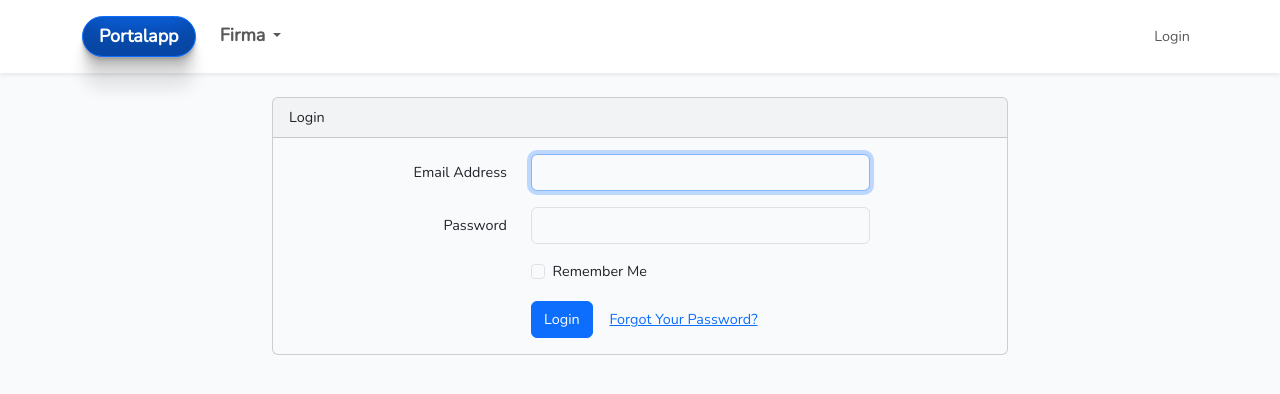
Repository: oguzhansade/portalapp
Page: http://localhost/login
An editor plug-in stored every save of this project. The page is shown before and after the next save, followed by the edit.
The browser window is 1280 px wide. The pictures show the whole page.
The page is served by the project's Laravel application, run on PHP 8.4 with Laravel 9. Style sheets and scripts are compiled from the project's sources, by tool versions that may differ from the author's.

Above is the page before, as saved 2023-06-29 11:43:56.

After the next save:
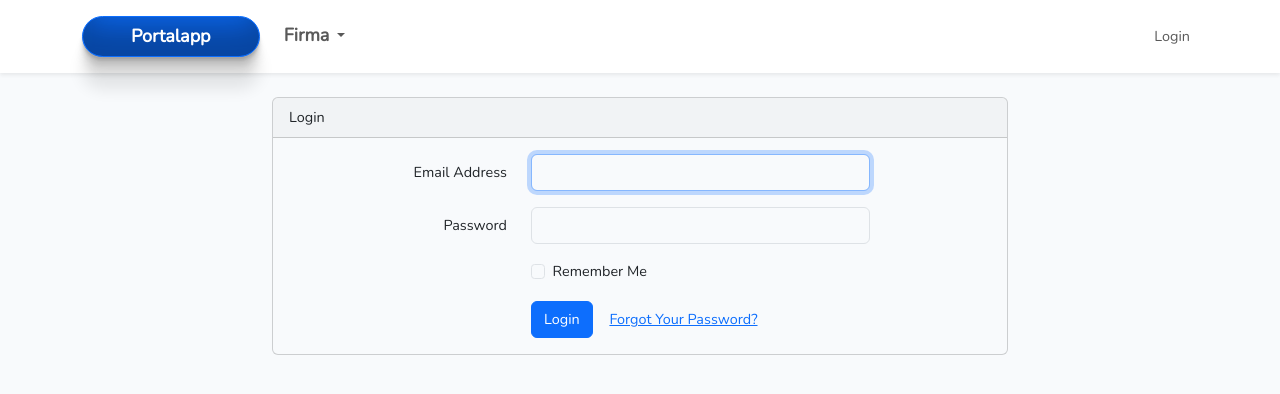
Saved 7 s later.
--- a/resources/views/layouts/app.blade.php
+++ b/resources/views/layouts/app.blade.php
@@ -39,7 +39,7 @@
     <div id="app">
         <nav class="navbar navbar-expand-md navbar-light bg-white shadow-sm ">
             <div class="container py-2">
-                <a class="btn btn-primary rounded-pill text-white navbar-brand b-shadow px-3" href="{{ url('/') }}">
+                <a class="btn btn-primary rounded-pill text-white navbar-brand b-shadow px-5" href="{{ url('/') }}">
                     <b>{{ config('app.name', 'Laravel') }}</b>
                 </a>
                 <button class="navbar-toggler" type="button" data-bs-toggle="collapse" data-bs-target="#navbarSupportedContent" aria-controls="navbarSupportedContent" aria-expanded="false" aria-label="{{ __('Toggle navigation') }}">
